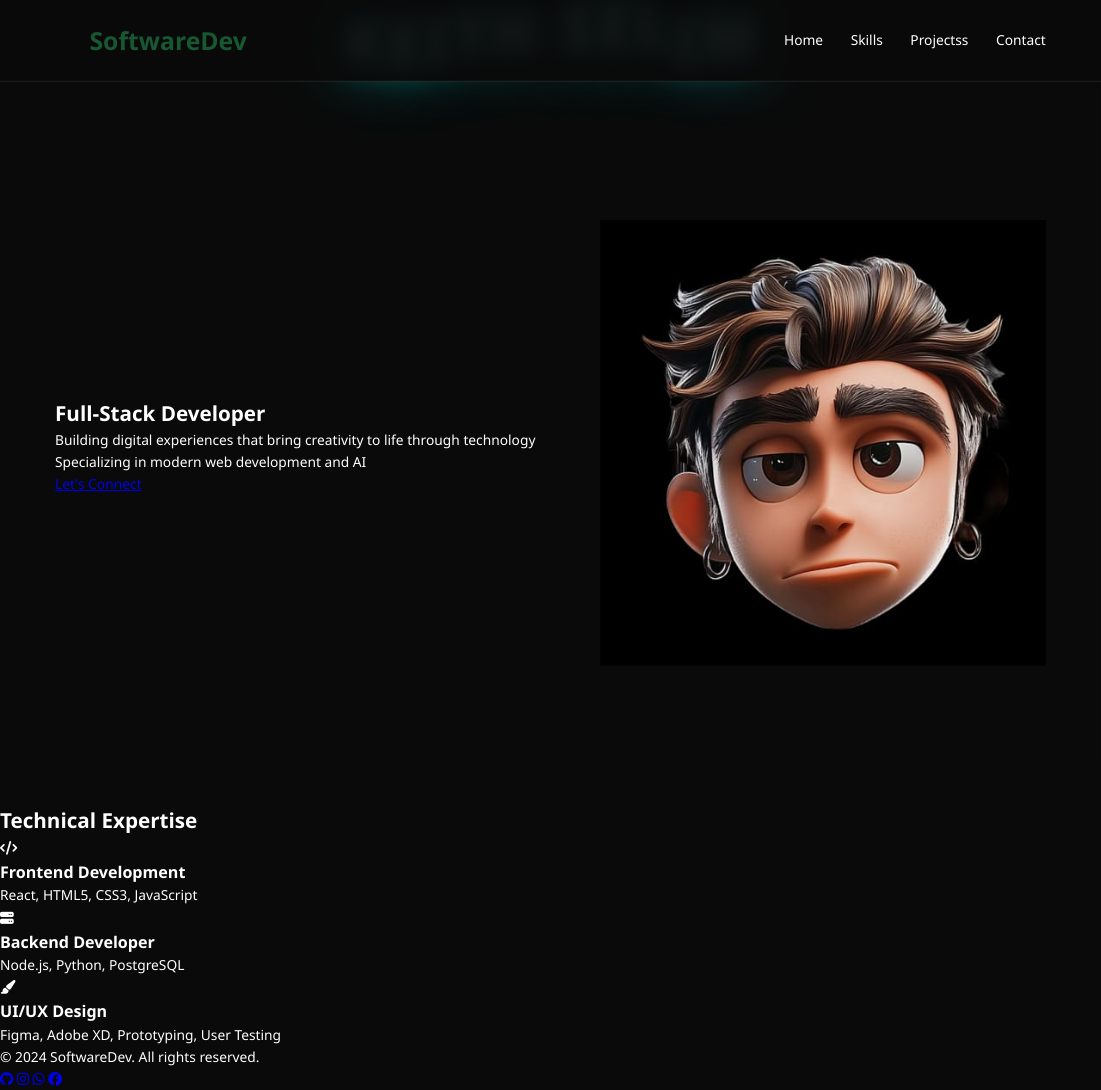
Repository: PEEZYBEE/my-personal-website
Page: index.html
The author's editor kept a copy of each file at every save. The page is drawn from the files as they stood at one save, then again after a run of saves.
The browser window is 1280 px wide. The pictures show the whole page, at 86% of full size.

Above is the page before, as saved 2025-03-01 21:00:51.

### index.html
<!DOCTYPE html>
<html lang="en">
<head>
    <meta charset="UTF-8">
    <meta name="viewport" content="width=device-width, initial-scale=1.0">
    <link rel="stylesheet" href="./style.css" />
    <title>
        My Personal Website
    </title>
    <link rel="stylesheet" href="https://cdnjs.cloudflare.com/ajax/libs/font-awesome/6.7.2/css/all.min.css" integrity="sha512-Evv84Mr4kqVGRNSgIGL/F/aIDqQb7xQ2vcrdIwxfjThSH8CSR7PBEakCr51Ck+w+/U6swU2Im1vVX0SVk9ABhg==" crossorigin="anonymous" referrerpolicy="no-referrer" />
</head>
<body>

 <div class="bouncing-letters" style="text-align:center;font-size: 30px;">
 <span>K</span>
<span>E</span>
<span>I</span>
<span>T</span>
<span>H</span>
<span>&nbsp;</span>
<span>S</span>
<span>E</span>
<span>L</span>
<span>I</span>
<span>M</span>
 </div>

 <nav class="navbar">
    <a href="#home" class="logo">SoftwareDev</a>
    <ul class="nav-links">
      <li><a href="#home">Home</a></li>
      <li><a href="#skills">Skills</a></li>
      <li><a href="#projects">Projectss</a></li>
      <li><a href="#contact">Contact</a></li>
    </ul>
 </nav>

 <section id="home" class="hero">
    <div class="hero-content">
     <h1>Full-Stack Developer</h1>
     <p>Building digital experiences that bring creativity to life through technology</p>
     <p class="highlight">Specializing in modern web development and AI</p>
     <a href="#contact" class="cta-button">Let's Connect</a>
    </div>

    <div class="hero-image">
        <img src="profile.jpg" alt="Profile" class="profile-img">
    </div>
</section>

<section id="skills" class="skills">
    <h2>Technical Expertise</h2>
    <div class="skills-grid">
        <div class="skill-card">
            <i class="fa-solid fa-code"></i>
            <h3>Frontend Development</h3>
            <p>React, HTML5, CSS3, JavaScript</p>
        </div>
        <div class="skill-card">
            <i class="fa-solid fa-server"></i>
            <h3>Backend Developer</h3>
            <p>Node.js, Python, PostgreSQL</p>
        </div>
        <div class="skill-card">
            <i class="fa-solid fa-paintbrush"></i>
            <h3>UI/UX Design</h3>
            <p>Figma, Adobe XD, Prototyping, User Testing</p>
        </div>
    </div>
</section>

<footer>
   <p>&copy; 2024  SoftwareDev. All rights reserved.</p>
   <div class="social-links">
    <a href="#"><i class="fa-brands fa-github"></i></a>
    <a href="#"><i class="fa-brands fa-instagram"></i></a>
    <a href="#"><i class="fa-brands fa-whatsapp"></i></a>
    <a href="#"><i class="fa-brands fa-facebook"></i></a>
   </div>
</footer>


<script src="script.js"></script>
</body>
</html>

### style.css
.bouncing-letters span {
display: inline-block;
color: white;
text-shadow: 0px 0px 0px cyan,
             0px 0px 20px cyan,
             0px 0px 40px cyan,
             0px 0px 80px cyan;
font-size: 64px;
font-weight: bold;
animation: bounce 0.8s ease infinite alternate;

}

@keyframes bounce {
    0% { transform: translateY(0) }
    100% { transform: translateY(-20px) }

}

.bouncing-letters span:nth-child(1)
{ animation-delay:  0.1s; }


.bouncing-letters span:nth-child(2)
{ animation-delay:  0.2s; }


.bouncing-letters span:nth-child(3)
{ animation-delay:  0.3s; }


.bouncing-letters span:nth-child(4)
{ animation-delay:  0.4s; }


.bouncing-letters span:nth-child(5)
{ animation-delay: 0.5s; }


.bouncing-letters span:nth-child(6)
{ animation-delay:  0.6s; }

.bouncing-letters span:nth-child(7)
{ animation-delay:  0.7s; }

.bouncing-letters span:nth-child(8)
{ animation-delay:  0.8s; }

.bouncing-letters span:nth-child(9)
{ animation-delay:  0.9s; }

.bouncing-letters span:nth-child(10)
{ animation-delay:  0.10s; }

body{
    background-color: var(--dark-bg);
    color: var(--text);
    line-height: 1.6;
    overflow-x: hidden;
}

*{
  margin: 0;
  padding: 0;
  box-sizing: border-box;
  font-family: 'Segoe UI', sans-serif;
}
:root{
  --dark-bg: #0a0a0a;
  --darker-bg: #050505;
  --accent-glow: rgba(46, 204, 113, 0.4);
  --text: #ffffff;
}

.navbar{
  position: fixed;
  top: 0;
  width: 100%;
  padding: 1.5rem 5%;
  display: flex;
  justify-content: space-between;
  align-items: center;
  background:  rgba(10, 10, 10, 0.95);
  backdrop-filter: blur(10px);
  z-index: 1000;
  border-bottom: 1px solid rgba(255, 255, 255, 0.1);
}

.logo{
  font-size: 1.8rem;
  font-weight: 700;
  color: var(--accent-glow);
  text-decoration: none;
  position: relative;
  padding-left: 2.5rem;
}

.nav-links{
  display: flex;
  gap: 2rem;
  list-style: none;
}

.nav-links a {
  color: var(--text);
  text-decoration: none;
  font-weight: 500;
  transition: all 0.3s ease;
  position: relative;
}

.nav-links a::after {
  content: '';
  position: absolute;
  bottom:  -5px;
  left: 0;
  width: 0;
  height: 2px;
  background: var(--accent-glow);
  transition: width 0.3s ease;
}

.nav-links a:hover::after {
   width: 100%;
}

.hero {
  min-height: 100vh;
  display: flex;
  align-items: center;
  padding: 12% 5%;
  background: radial-gradient(circle at 75% 30%,var(--accent-glow) 0%,transoarent 30%);
}

.hero-content {
    flex: 1;
    padding-right: ;
}

Loaded but not shown: script.js (no copy from this time; the picture is the same without it)

After the next 3 saves:
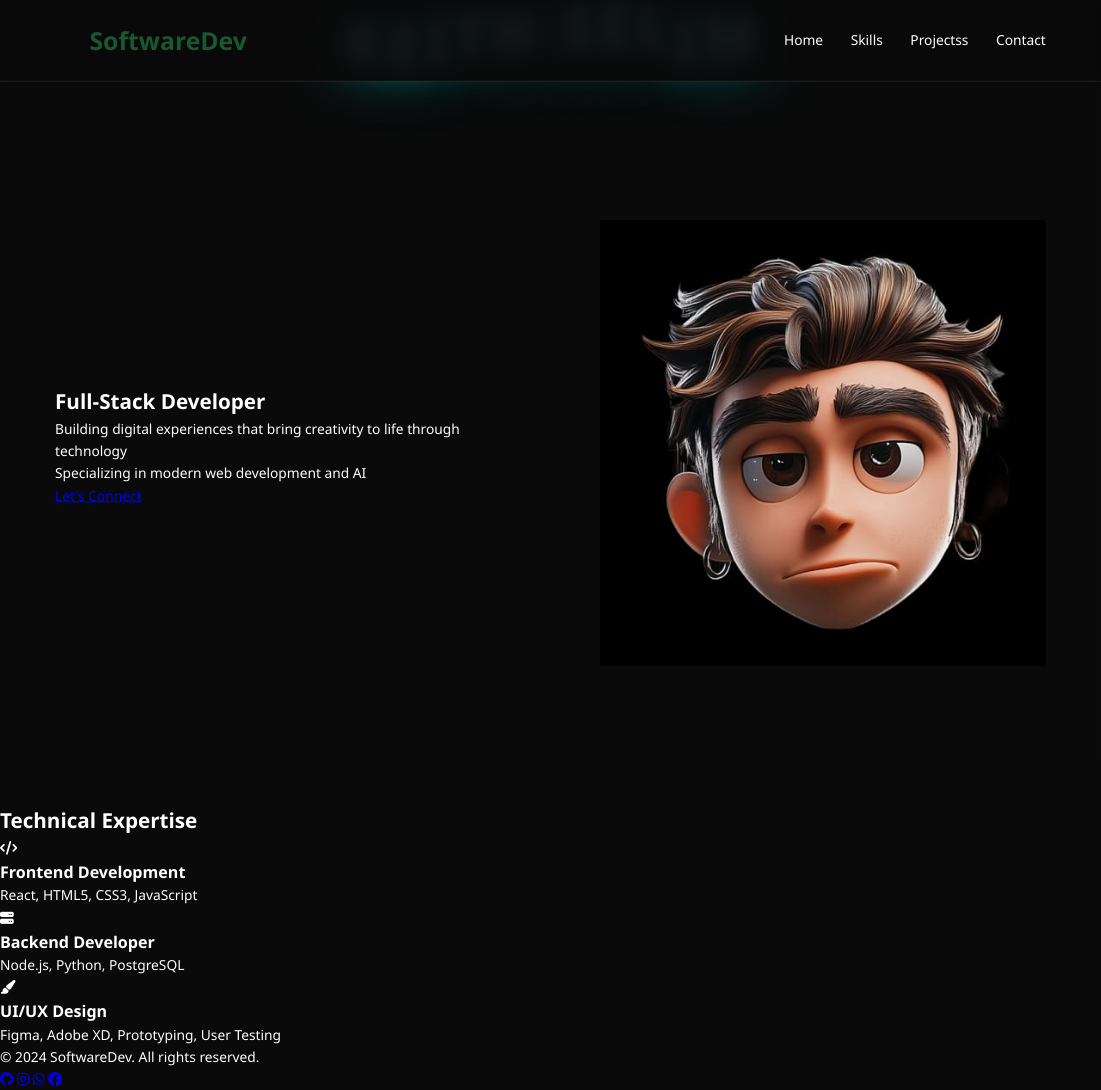
The 3 saves are shown as one change because they came seconds apart.
The last was saved 11 s later.
--- a/style.css
+++ b/style.css
@@ -134,5 +134,6 @@ body{
 
 .hero-content {
     flex: 1;
-    padding-right: ;
+    padding-right: 5rem;
+
 }
